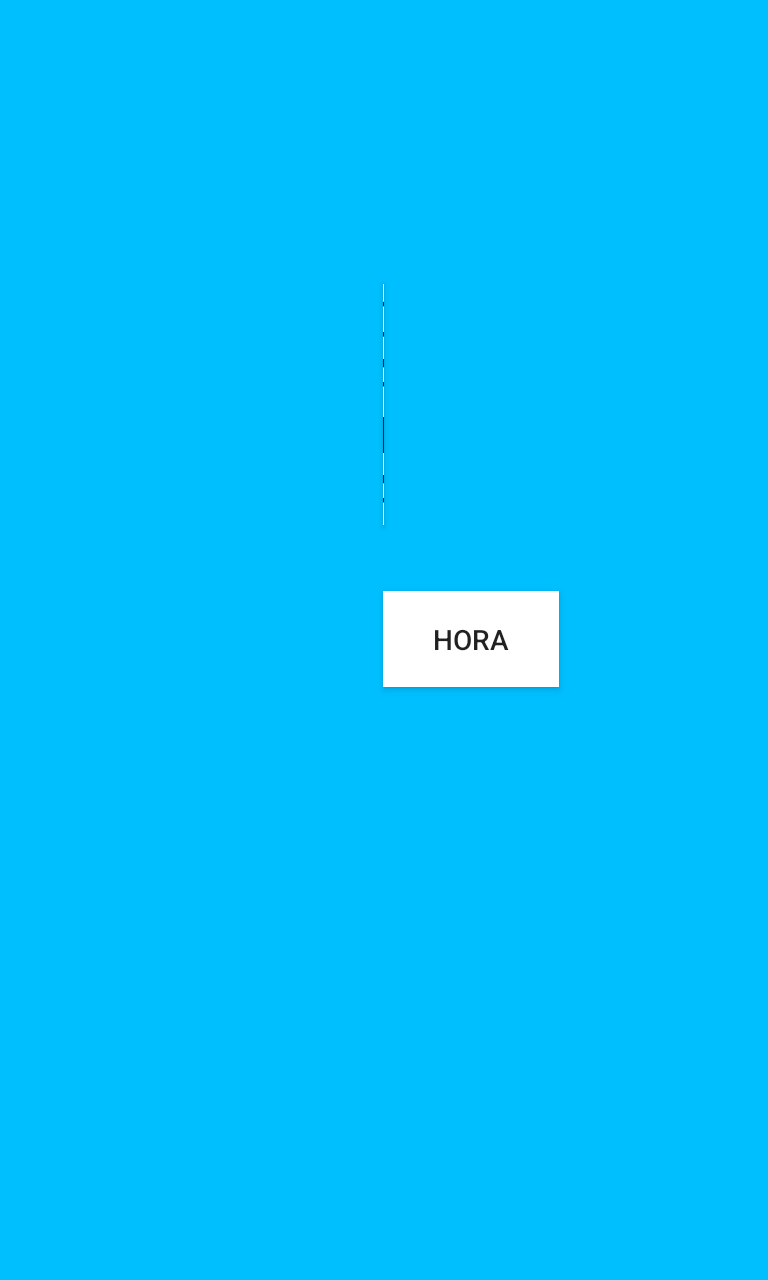
Repository: mayrtondias/alimentador
Layout: Alimentador/res/layout/activity_main.xml
An editor plug-in stored every save of this project. The layout is shown before and after the next save, followed by the edit.
It is drawn on a 768 x 1280 px phone screen (xhdpi) without system bars, with theme AppTheme; the app's code is not run.

Above is the layout before, as saved 2014-07-11 11:47:52.

After the next save:
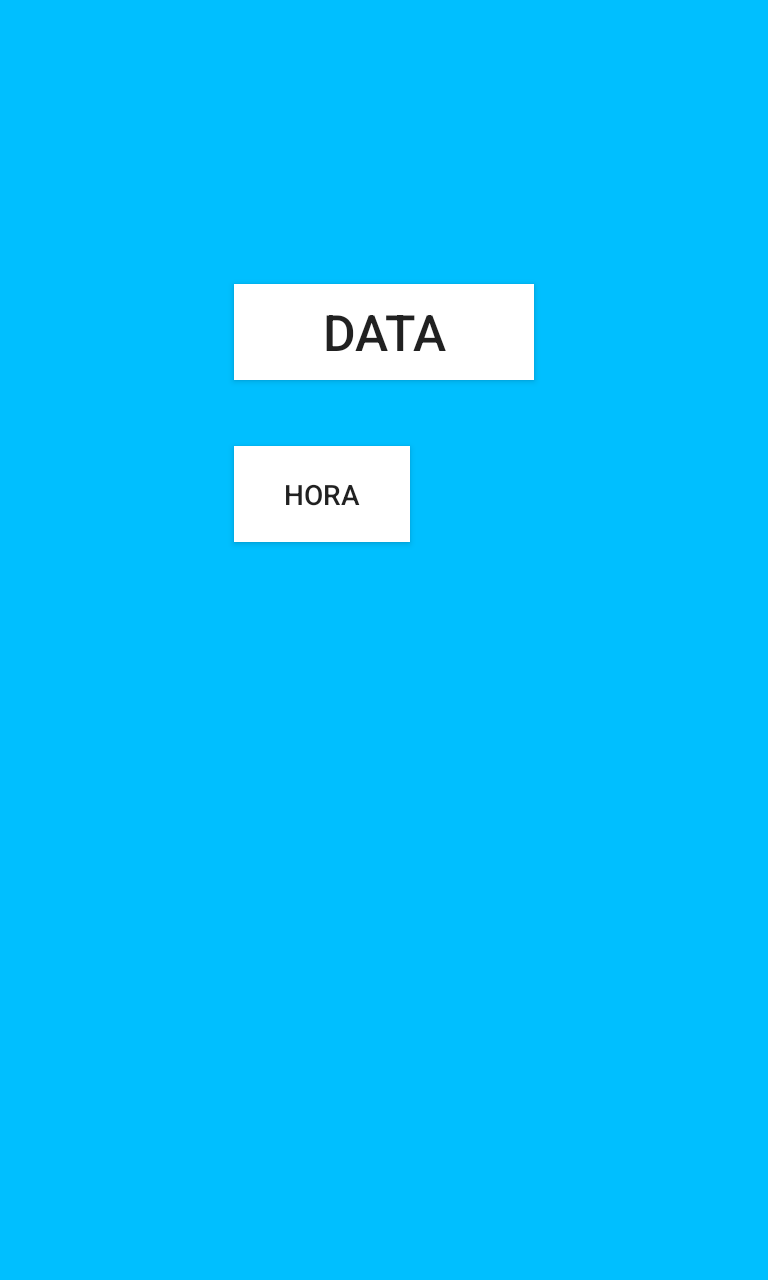
Saved 29 s later.
--- a/Alimentador/res/layout/activity_main.xml
+++ b/Alimentador/res/layout/activity_main.xml
@@ -24,7 +24,7 @@
 
         <Button
             android:id="@+id/buttonDate"
-            android:layout_width="20%"
+            android:layout_width="150dp"
             android:layout_height="wrap_content"
             android:layout_alignParentTop="true"
             android:layout_centerHorizontal="true"
